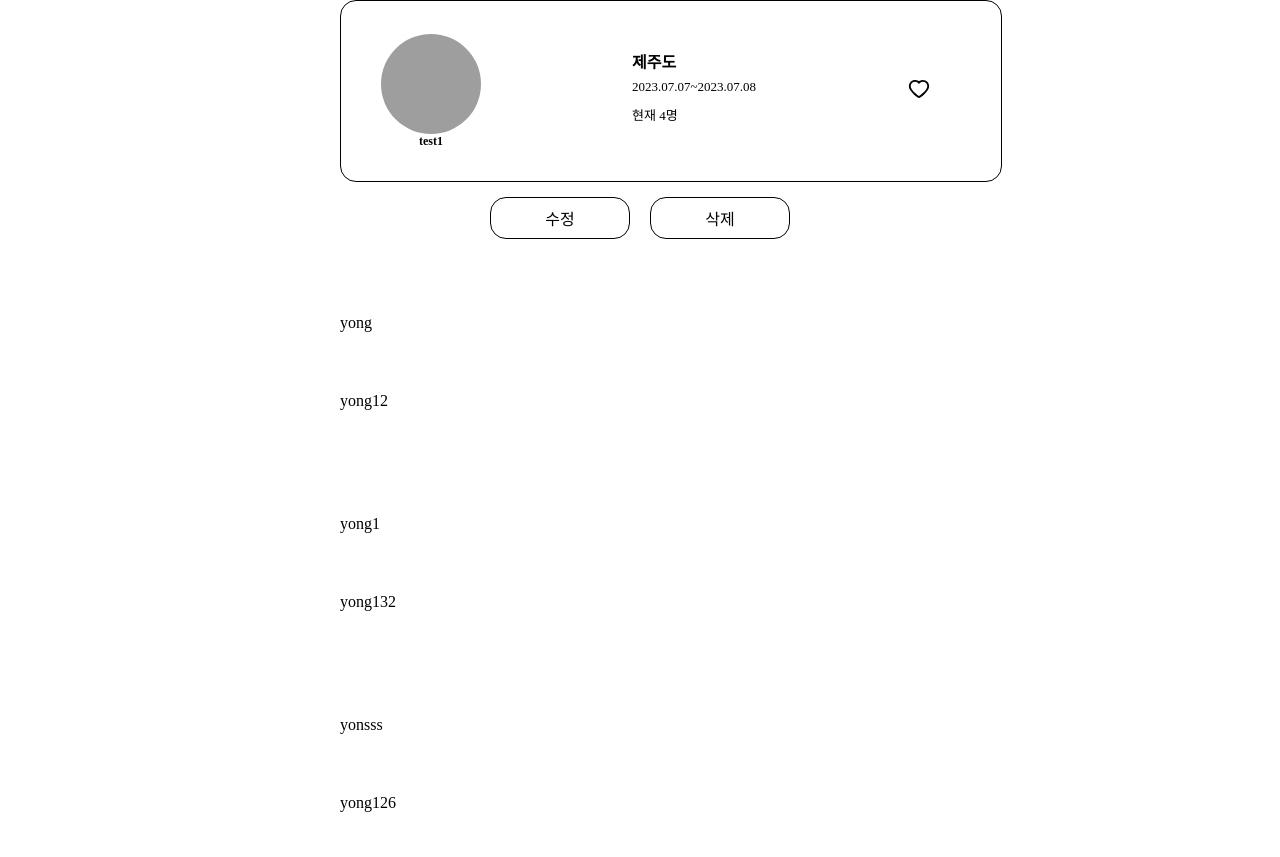
Repository: the-graces/matrip-web
Page: /tripSchedule (app in matrip/)
These files come from the project's save history. The page is drawn as it stood at one moment and after the next save; the edit follows.
The browser window is 1280 px wide. The pictures show the whole page.
Pictures or frames that could not be fetched are drawn as grey boxes. The project was rebuilt for these pictures with package versions that can differ from the ones it lists, and the page was loaded fresh each time. Also part of the build but not shown: matrip/src/pages/Main/mainStyle.tsx, matrip/src/pages/Main/Post.tsx, matrip/src/pages/Main/index.tsx, matrip/src/pages/FriendSearch/friendSearchStyle.tsx, matrip/src/pages/FriendSearch/index.tsx, matrip/src/pages/ItineraryInfo/index.scss, matrip/src/pages/ItineraryInfo/itineraryInfoStyle.tsx, matrip/src/pages/ItineraryInfo/index.tsx and 3 more.

Above is the page before, as saved 2023-07-09 12:51:08.

### matrip/src/App.tsx
import React from "react";
import { BrowserRouter, Route, Routes } from "react-router-dom";
import Main from "./pages/Main";

import FriendSearch from "./pages/FriendSearch";
import ItineraryInfo from "./pages/ItineraryInfo";
import UserProfile from "./pages/UserProfile";

import GlobalFonts from "./styles/fonts";
import TripSchedule from "./pages/TripSchedule";

function App() {
   return (
      <BrowserRouter>
         <GlobalFonts />
         <Routes>
            <Route
               path="/"
               element={<Main />}
            />
            <Route
               path="/friendSearch"
               element={<FriendSearch />}
            />
            <Route
               path="/itineraryInfo"
               element={<ItineraryInfo />}
            />
            <Route
               path="/userProfile"
               element={<UserProfile />}
            />
            <Route
               path="/tripSchedule"
               element={<TripSchedule />}
            />
         </Routes>
      </BrowserRouter>
   );
}

export default App;

### matrip/src/styles/fonts/index.js
import { createGlobalStyle } from "styled-components";
import Prentendard from "./Pretendard-Regular.woff2";

export default createGlobalStyle`
@font-face {
    font-family: "Prentendard";
    src: url(${Prentendard}) fromat("woff2");
}`;

### matrip/src/pages/TripSchedule/index.tsx
import React from "react";
import "./index.scss";

import * as iss from "./TripScheduleStyle";
import * as gs from "../../styles/GlobalStyles";
import "./index.scss";
import { fdata } from "../../data/userdata";
import { postdata } from "../../data/postdata";
import { AiOutlineHeart } from "react-icons/ai";

const TripSchedule: React.FC = () => {
  const post = postdata[0];

  return (
    <gs.MainContainer>
      <iss.MainContainer>
        <iss.postBox key={post.id}>
          <iss.profileBox to={"/userProfile"}>
            <iss.profileImgBox>
              <iss.profileImg src={post.imgurl} alt="유저 프로필" />
            </iss.profileImgBox>
            <iss.Nickname>{post.nick}</iss.Nickname>
          </iss.profileBox>
          <iss.postContent to={"/itineraryInfo"}>
            <iss.postTitle>{post.destination}</iss.postTitle>
            <iss.postPeriod>
              {post.startDate}~{post.endData}
            </iss.postPeriod>
            <iss.postPeriod>현재 {post.personnel}명</iss.postPeriod>
          </iss.postContent>
          <div>
            <iss.LikeBtn>
              <AiOutlineHeart size="24" />
            </iss.LikeBtn>
          </div>
        </iss.postBox>

        <iss.TripSchedulePostButton>
          <iss.TripSchedulePostButtonL>수정</iss.TripSchedulePostButtonL>
          <iss.TripSchedulePostButtonR>삭제</iss.TripSchedulePostButtonR>
        </iss.TripSchedulePostButton>

        {fdata.map((friend, index) => (
          <iss.TripScheduleAppList key={index}>
            <iss.TripScheduleAppList>
              <iss.TripScheduleAppList></iss.TripScheduleAppList>
              <iss.TripScheduleAppList>{friend.nick}</iss.TripScheduleAppList>
            </iss.TripScheduleAppList>
            <iss.TripScheduleAppList>
              <iss.TripScheduleAppList>{friend.id}</iss.TripScheduleAppList>
            </iss.TripScheduleAppList>
          </iss.TripScheduleAppList>
        ))}
      </iss.MainContainer>
    </gs.MainContainer>
  );
};

export default TripSchedule;

### matrip/src/styles/GlobalStyles.tsx
import { styled } from "styled-components";

// 전체 화면 컨테이너
export const MainContainer = styled.div`
   width: 100%;
   display: flex;
   justify-content: center;
   font-family: Pretendard;
`;

// 그 안에 들어갈 내용을 감싸는 컨테이너
export const MainBox = styled.div`
   max-width: 600px;
   width: 100%;
   display: flex;
   flex-direction: column;
   align-items: center;

   @media screen and (min-width: 600px) {
      width: 600px;
   }
`;

### matrip/src/data/userdata.ts
export const fdata = [
    {
      nick: 'yong',
      id: 'yong12',
      imgurl:
        'https://img2.daumcdn.net/thumb/R658x0.q70/?fname=https://t1.daumcdn.net/news/202302/21/spotvnews/20230221133133423kfxy.jpg',
      email : "thegracec@asac.com",
      sex : "female",
      birth : "1995.12.12"
    },
    {
      nick: 'yong1',
      id: 'yong132',
      imgurl:
        'https://img2.daumcdn.net/thumb/R658x0.q70/?fname=https://t1.daumcdn.net/news/202302/21/spotvnews/20230221133133423kfxy.jpg',
      email : "thegracec@asac.com",
      sex : "female",
      birth : "1995.12.12"
    },
    {
      nick: 'yonsss',
      id: 'yong126',
      imgurl:
        'https://img2.daumcdn.net/thumb/R658x0.q70/?fname=https://t1.daumcdn.net/news/202302/21/spotvnews/20230221133133423kfxy.jpg',
      email : "thegracec@asac.com",
      sex : "female",
      birth : "1995.12.12"
    },
  ]

### matrip/src/pages/TripSchedule/TripScheduleStyle.tsx
import { Link } from "react-router-dom";
import { styled } from "styled-components";

export const MainContainer = styled.div`
  max-width: 600px;
  width: 100%;

  @media screen and (min-width: 600px) {
    width: 600px;
  }
`;

export const postBox = styled.div`
  width: 100%;
  height: 120px;
  display: flex;
  align-items: center;
  justify-content: space-between;
  border: solid #000 1px;
  border-radius: 16px;
  padding: 30px;
`;

export const profileBox = styled(Link)`
  padding: 0 10px;
  display: flex;
  flex-direction: column;
  align-items: center;
  color: #000;
  text-decoration: none;
`;
export const profileImgBox = styled.div`
  width: 100px;
  height: 100px;
`;

export const profileImg = styled.img`
  width: 100%;
  height: 100%;
  object-fit: cover;
  border-radius: 50%;
`;

export const Nickname = styled.h4`
  font-size: 12px;
  font-weight: 600;
  margin: 0;
`;

export const postContent = styled(Link)`
  color: #000;
  text-decoration: none;
`;

export const postTitle = styled.div`
  font-size: 16px;
  font-weight: 800;
  margin-bottom: 6px;
`;

export const postPeriod = styled.div`
  font-size: 13px;
  margin-bottom: 10px;

`;

export const LikeBtn = styled.button`
  border: none;
  background: none;
  cursor: pointer;
  padding: 0 10px;
  margin-right: 30px;
`;

export const TripSchedulePostButton = styled.div`
  width: 50%;
  display: flex;
  border-radius: 40px;
  margin: auto;
  margin-top: 15px;
  gap: 20px;
`;

export const TripSchedulePostButtonL = styled.div`
  width: 100%;
  height: 40px;
  display: flex;
  align-items: center;
  justify-content: space-between;
  border: solid #000 1px;
  border-radius: 16px;
  justify-content: center;
`;

export const TripSchedulePostButtonR = styled.div`
  width: 100%;
  height: 40px;
  display: flex;
  align-items: center;
  justify-content: space-between;
  border: solid #000 1px;
  border-radius: 16px;
  justify-content: center;
`;

export const TripScheduleAppList = styled.div`
  width: 100%;
  margin: 15px 0px;

  display: flex;
  flex-direction: column;
`;

### matrip/src/data/postdata.ts
export const postdata = [
  {
    id: "1",
    nick: "test1",
    imgurl:
      "https://img2.daumcdn.net/thumb/R658x0.q70/?fname=https://t1.daumcdn.net/news/202302/21/spotvnews/20230221133133423kfxy.jpg",
    destination: "제주도",
    startDate: "2023.07.07",
    endData: "2023.07.08",
    personnel: 4,
  },
  {
    id: "2",
    nick: "test2",
    imgurl:
      "https://img2.daumcdn.net/thumb/R658x0.q70/?fname=https://t1.daumcdn.net/news/202302/21/spotvnews/20230221133133423kfxy.jpg",
    destination: "제주도",
    startDate: "2023.07.07",
    endData: "2023.07.08",
    personnel: 4,
  },
  {
    id: "3",
    nick: "test3",
    imgurl:
      "https://img2.daumcdn.net/thumb/R658x0.q70/?fname=https://t1.daumcdn.net/news/202302/21/spotvnews/20230221133133423kfxy.jpg",
    destination: "제주도",
    startDate: "2023.07.07",
    endData: "2023.07.08",
    personnel: 4,
  },
  {
    id: "4",
    nick: "test4",
    imgurl:
      "https://img2.daumcdn.net/thumb/R658x0.q70/?fname=https://t1.daumcdn.net/news/202302/21/spotvnews/20230221133133423kfxy.jpg",
    destination: "제주도",
    startDate: "2023.07.07",
    endData: "2023.07.08",
    personnel: 4,
  },
  {
    id: "5",
    nick: "test5",
    imgurl:
      "https://img2.daumcdn.net/thumb/R658x0.q70/?fname=https://t1.daumcdn.net/news/202302/21/spotvnews/20230221133133423kfxy.jpg",
    destination: "제주도",
    startDate: "2023.07.07",
    endData: "2023.07.08",
    personnel: 4,
  },
];

Loaded but not shown: matrip/public/index.html (common file); matrip/src/index.tsx (common file); matrip/src/index.css (common file); matrip/src/reportWebVitals.ts (common file)

After the next save:
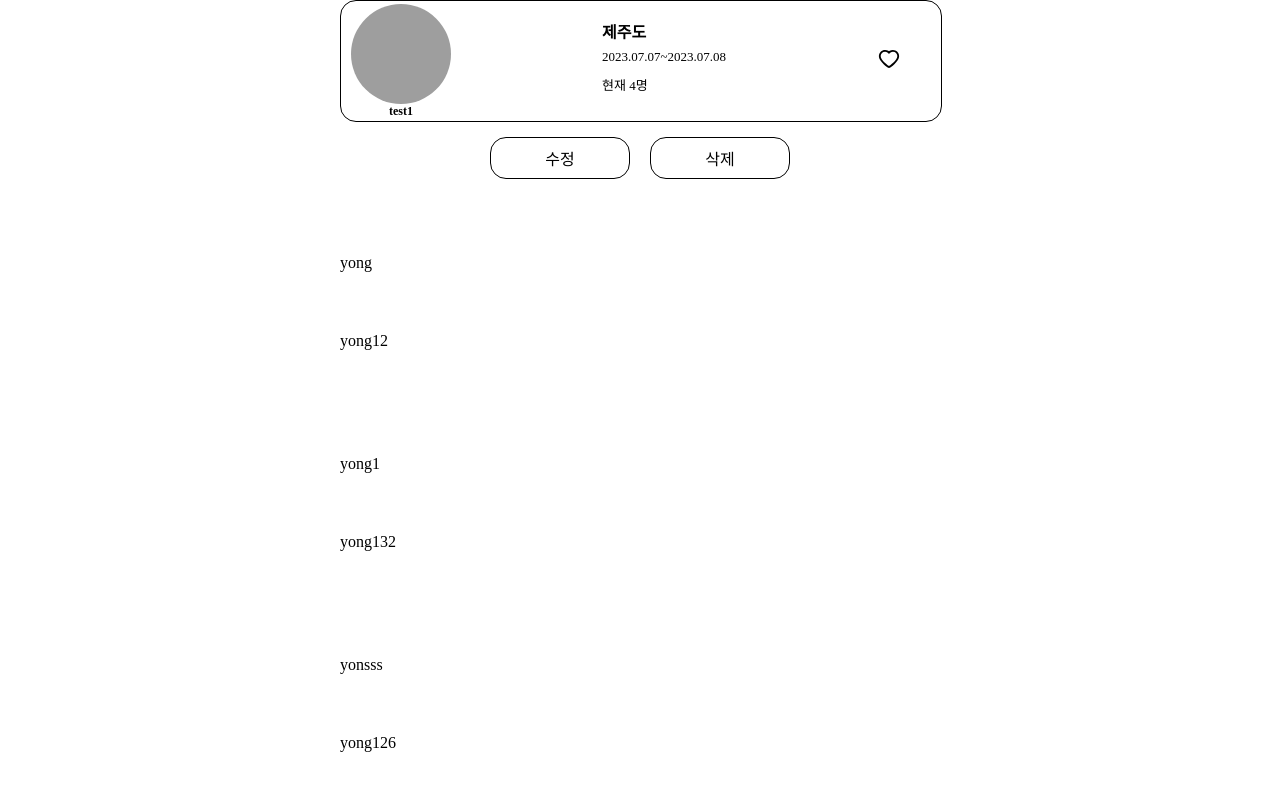
Saved 26 s later.
--- a/matrip/src/pages/TripSchedule/TripScheduleStyle.tsx
+++ b/matrip/src/pages/TripSchedule/TripScheduleStyle.tsx
@@ -18,7 +18,7 @@ export const postBox = styled.div`
   justify-content: space-between;
   border: solid #000 1px;
   border-radius: 16px;
-  padding: 30px;
+  /* padding: 30px; */
 `;
 
 export const profileBox = styled(Link)`
